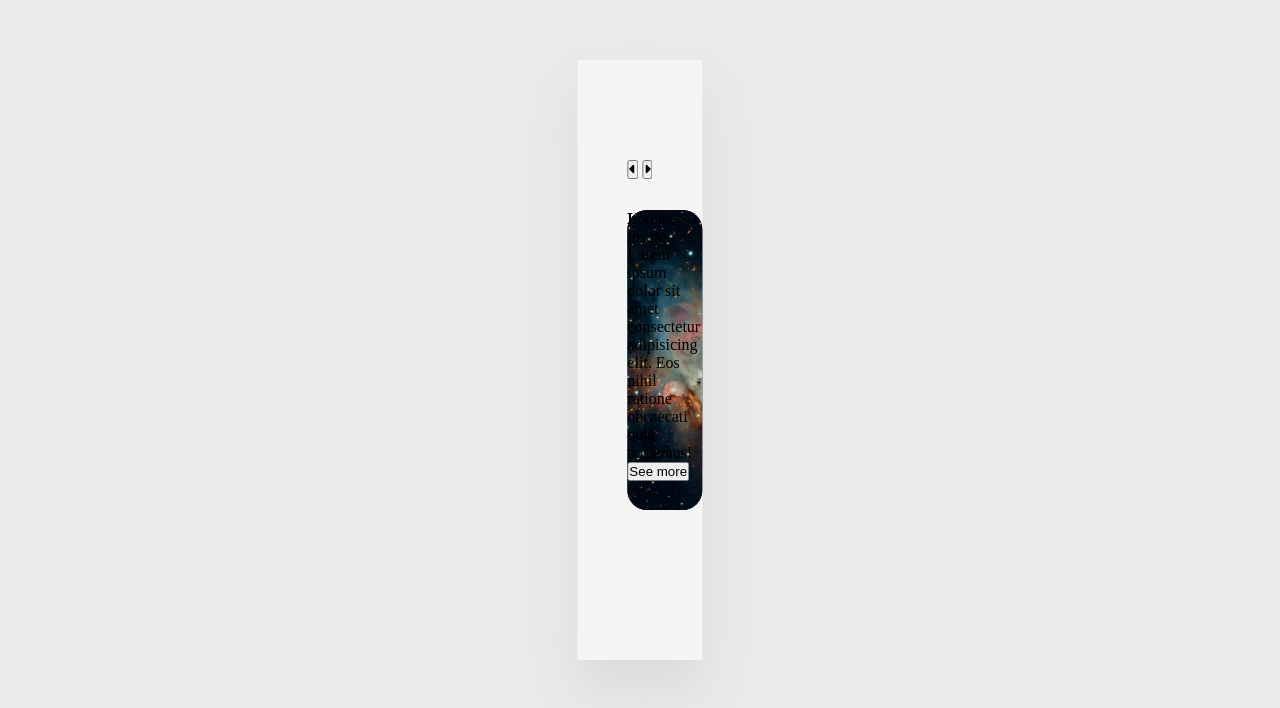
Repository: zeinawady/-Image-Slider-Project
Page: index.html
The author's editor kept a copy of each file at every save. The page is drawn from the files as they stood at one save, then again after the next save.
The browser window is 1280 px wide. The pictures show the whole page.
Pictures or frames that could not be fetched are drawn as grey boxes.

Above is the page before, as saved 2024-09-19 16:23:47.

### index.html
<!DOCTYPE html>
<html lang="en">

<head>
    <meta charset="UTF-8">
    <meta name="viewport" content="width=device-width, initial-scale=1.0">
    <title>Image Slider</title>
    <link rel="stylesheet" href="css/style.css">
    <link rel="stylesheet" href="css/all.min.css">
</head>

<body>

    <div class="container">
        <div id="slide">
            <div class="item" style="background-image: url(images/img1.jpg);">
                <div class="content">
                    <div class="name">Lorem, ipsum. </div>
                    <div class="content">Lorem ipsum dolor sit amet consectetur adipisicing elit. Eos nihil ratione
                        obcaecati quia possimus!</div>
                        <button>See more</button>
                </div>
            </div>
            <div class="item" style="background-image: url(images/img2.jpg);">
                <div class="content">
                    <div class="name">Lorem, ipsum. </div>
                    <div class="content">Lorem ipsum dolor sit amet consectetur adipisicing elit. Eos nihil ratione
                        obcaecati quia possimus!</div>
                        <button>See more</button>
                </div>
            </div>
            <div class="item" style="background-image: url(images/img3.jpg);">
                <div class="content">
                    <div class="name">Lorem, ipsum. </div>
                    <div class="content">Lorem ipsum dolor sit amet consectetur adipisicing elit. Eos nihil ratione
                        obcaecati quia possimus!</div>
                        <button>See more</button>
                </div>
            </div>
            <div class="item" style="background-image: url(images/img4.jpg);">
                <div class="content">
                    <div class="name">Lorem, ipsum. </div>
                    <div class="content">Lorem ipsum dolor sit amet consectetur adipisicing elit. Eos nihil ratione
                        obcaecati quia possimus!</div>
                        <button>See more</button>
                </div>
            </div>
            <div class="item" style="background-image: url(images/img5.jpg);">
                <div class="content">
                    <div class="name">Lorem, ipsum. </div>
                    <div class="content">Lorem ipsum dolor sit amet consectetur adipisicing elit. Eos nihil ratione
                        obcaecati quia possimus!</div>
                        <button>See more</button>
                </div>
            </div>

            <div class="buttons">
                <button id="prevbtn"><i class="fa-solid fa-caret-left"></i></button>
                <button id="nextbtn"><i class="fa-solid fa-caret-right"></i></button>
            </div>
        </div>
    </div>

    <script src="script.js"></script>
</body>

</html>

### css/style.css
*{
    padding: 0;
    margin: 0;
    box-sizing: border-box;
}
body{
    background-color:#eaeaea ;
    overflow: hidden;
}
.container{
    position: absolute;
    left: 50%;
    top: 50%;
    transform: translate(-50%,-50%);
    max-width: 1000px;
    height: 600px;
    padding: 50px;
    background-color: #f5f5f5;
    box-shadow: 0 30px 50px #dbdbdb;
}
/* Medium screens */
@media (min-width: 768px) and (max-width: 1199px) {
    .container {
        width: 800px;
        height: 500px;
    }
}

/* Small screens */
@media (max-width: 767px) {
    .container {
        width: 90%; /* Use percentage for very small screens to fit */
        max-width: 500px; /* Restrict maximum width */
        height: auto; /* Allow height to adjust automatically */
        padding: 10px; /* Add some padding for content */
    }
}
#slide{
    width: max-content;
    margin-top: 50px;
}
.item{
    max-width: 200px;
    height: 300px;
    background-position: 50% 50%;
    display: inline-block;
    transition: 0.5s;
    background-size: cover;
    position: absolute;
    z-index: 1;
    top: 50%;
    transform: translate(0, -50%);
    border-radius: 20px;
    box-shadow: 0 30px 50px #;
}

Loaded but not shown: css/all.min.css (library); script.js (no copy from this time; the picture is the same without it)

After the next save:
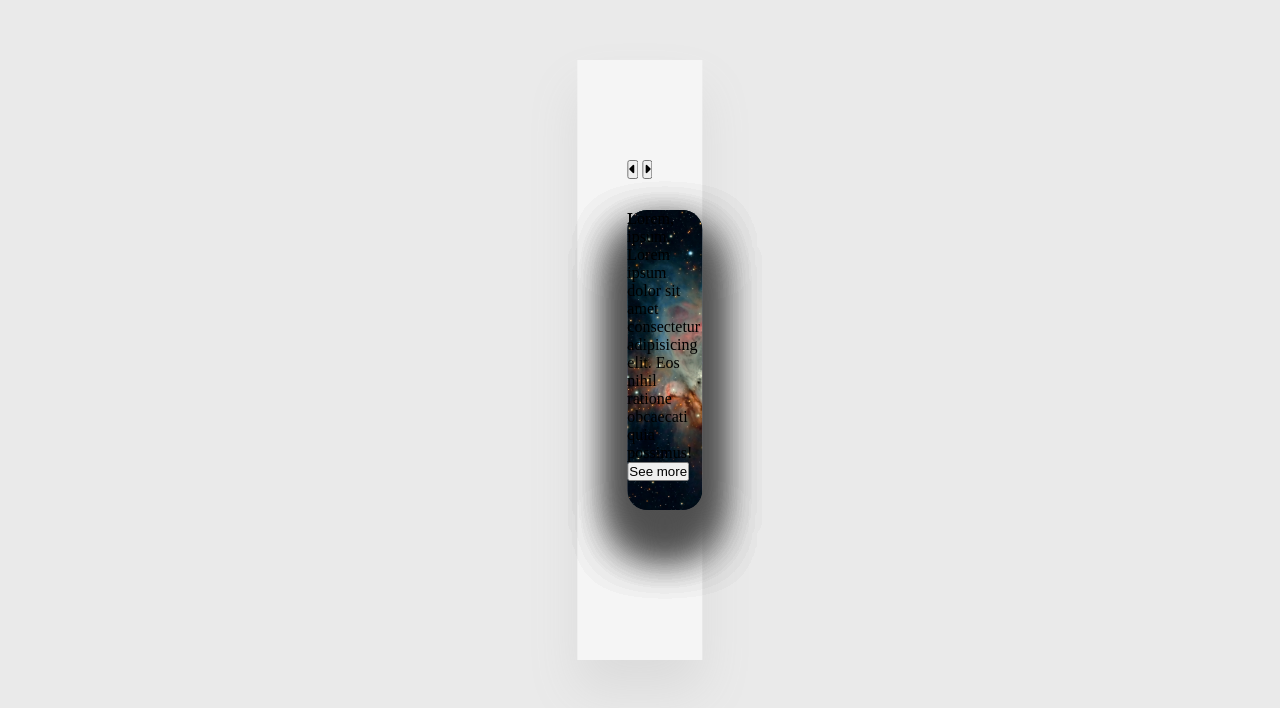
Saved 4 s later.
--- a/css/style.css
+++ b/css/style.css
@@ -51,5 +51,5 @@ body{
     top: 50%;
     transform: translate(0, -50%);
     border-radius: 20px;
-    box-shadow: 0 30px 50px #;
+    box-shadow: 0 30px 50px #505050;
 }
